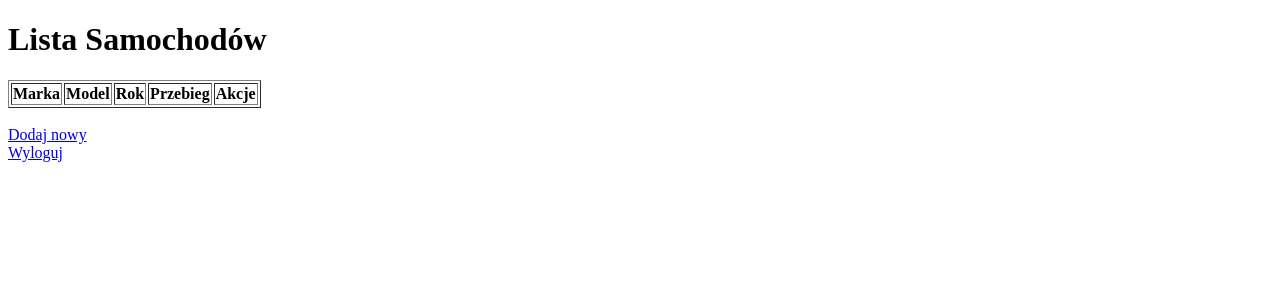
Repository: SirRabbitt/Aplikacja-crud-z-logowaniem-php-js-
Page: http://localhost/
An editor plug-in stored every save of this project. The page is shown before and after the next save, followed by the edit.
The browser window is 1280 px wide. The pictures show the whole page.
The page is run by PHP 8.4 with error messages shown; the project is at /var/www/html/. pdo.php is not in the repository; a stand-in opens the database connection. Other server files are loaded and not shown. Queries for data that is not in the repository find no rows.

Above is the page before, as saved 2024-05-21 09:14:58.

### index.php
<?php
require_once "pdo.php";
session_start();
?>
<!DOCTYPE html>
<html>
<head>
    <title>kamil król - Lista Samochodów</title>
</head>
<body>
<h1>Lista Samochodów</h1>
<?php
if ( isset($_SESSION['error']) ) {
    echo '<p style="color:red">'.$_SESSION['error']."</p>\n";
    unset($_SESSION['error']);
}
if ( isset($_SESSION['success']) ) {
    echo '<p style="color:green">'.$_SESSION['success']."</p>\n";
    unset($_SESSION['success']);
}

echo '<table border="1">'."\n";
echo "<tr><th>Marka</th><th>Model</th><th>Rok</th><th>Przebieg</th><th>Akcje</th></tr>";

$stmt = $pdo->query("SELECT autos_id, make, model, year, mileage FROM autos");
while ( $row = $stmt->fetch(PDO::FETCH_ASSOC) ) {
    echo "<tr><td>";
    echo(htmlentities($row['make']));
    echo("</td><td>");
    echo(htmlentities($row['model']));
    echo("</td><td>");
    echo(htmlentities($row['year']));
    echo("</td><td>");
    echo(htmlentities($row['mileage']));
    echo("</td><td>");
    echo('<a href="edit.php?autos_id='.$row['autos_id'].'">Edytuj</a> / ');
    echo('<a href="delete.php?autos_id='.$row['autos_id'].'">Usuń</a>');
    echo("</td></tr>\n");
}

echo "</table>\n";
?>
<br>
<a href="add.php">Dodaj nowy</a>
<br>
<a href="logout.php">Wyloguj</a>
</body>
</html>

After the next save:
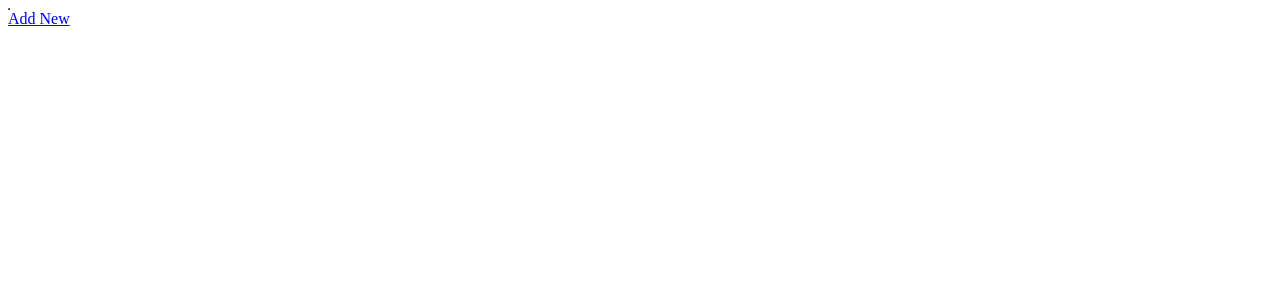
Saved 4 min 7 s later.
--- a/index.php
+++ b/index.php
@@ -2,13 +2,8 @@
 require_once "pdo.php";
 session_start();
 ?>
-<!DOCTYPE html>
 <html>
-<head>
-    <title>kamil król - Lista Samochodów</title>
-</head>
-<body>
-<h1>Lista Samochodów</h1>
+<head></head><body>
 <?php
 if ( isset($_SESSION['error']) ) {
     echo '<p style="color:red">'.$_SESSION['error']."</p>\n";
@@ -18,31 +13,20 @@
     echo '<p style="color:green">'.$_SESSION['success']."</p>\n";
     unset($_SESSION['success']);
 }
-
-echo '<table border="1">'."\n";
-echo "<tr><th>Marka</th><th>Model</th><th>Rok</th><th>Przebieg</th><th>Akcje</th></tr>";
-
-$stmt = $pdo->query("SELECT autos_id, make, model, year, mileage FROM autos");
+echo('<table border="1">'."\n");
+$stmt = $pdo->query("SELECT name, email, password, user_id FROM users");
 while ( $row = $stmt->fetch(PDO::FETCH_ASSOC) ) {
     echo "<tr><td>";
-    echo(htmlentities($row['make']));
+    echo(htmlentities($row['name']));
     echo("</td><td>");
-    echo(htmlentities($row['model']));
+    echo(htmlentities($row['email']));
     echo("</td><td>");
-    echo(htmlentities($row['year']));
+    echo(htmlentities($row['password']));
     echo("</td><td>");
-    echo(htmlentities($row['mileage']));
-    echo("</td><td>");
-    echo('<a href="edit.php?autos_id='.$row['autos_id'].'">Edytuj</a> / ');
-    echo('<a href="delete.php?autos_id='.$row['autos_id'].'">Usuń</a>');
+    echo('<a href="edit.php?user_id='.$row['user_id'].'">Edit</a> / ');
+    echo('<a href="delete.php?user_id='.$row['user_id'].'">Delete</a>');
     echo("</td></tr>\n");
 }
-
-echo "</table>\n";
 ?>
-<br>
-<a href="add.php">Dodaj nowy</a>
-<br>
-<a href="logout.php">Wyloguj</a>
-</body>
-</html>
+</table>
+<a href="add.php">Add New</a>

After the save that followed:
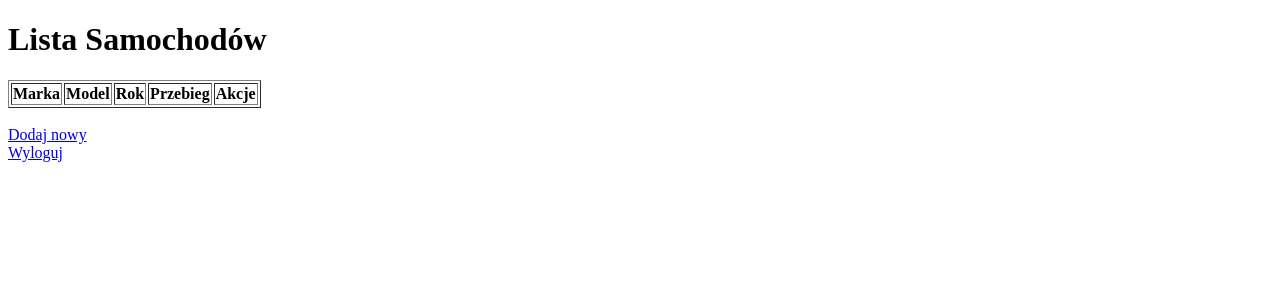
Saved 13 s later.
--- a/index.php
+++ b/index.php
@@ -2,8 +2,13 @@
 require_once "pdo.php";
 session_start();
 ?>
+<!DOCTYPE html>
 <html>
-<head></head><body>
+<head>
+    <title>Twoje Imię - Lista Samochodów</title>
+</head>
+<body>
+<h1>Lista Samochodów</h1>
 <?php
 if ( isset($_SESSION['error']) ) {
     echo '<p style="color:red">'.$_SESSION['error']."</p>\n";
@@ -13,20 +18,31 @@
     echo '<p style="color:green">'.$_SESSION['success']."</p>\n";
     unset($_SESSION['success']);
 }
-echo('<table border="1">'."\n");
-$stmt = $pdo->query("SELECT name, email, password, user_id FROM users");
+
+echo '<table border="1">'."\n";
+echo "<tr><th>Marka</th><th>Model</th><th>Rok</th><th>Przebieg</th><th>Akcje</th></tr>";
+
+$stmt = $pdo->query("SELECT autos_id, make, model, year, mileage FROM autos");
 while ( $row = $stmt->fetch(PDO::FETCH_ASSOC) ) {
     echo "<tr><td>";
-    echo(htmlentities($row['name']));
+    echo(htmlentities($row['make']));
     echo("</td><td>");
-    echo(htmlentities($row['email']));
+    echo(htmlentities($row['model']));
     echo("</td><td>");
-    echo(htmlentities($row['password']));
+    echo(htmlentities($row['year']));
     echo("</td><td>");
-    echo('<a href="edit.php?user_id='.$row['user_id'].'">Edit</a> / ');
-    echo('<a href="delete.php?user_id='.$row['user_id'].'">Delete</a>');
+    echo(htmlentities($row['mileage']));
+    echo("</td><td>");
+    echo('<a href="edit.php?autos_id='.$row['autos_id'].'">Edytuj</a> / ');
+    echo('<a href="delete.php?autos_id='.$row['autos_id'].'">Usuń</a>');
     echo("</td></tr>\n");
 }
+
+echo "</table>\n";
 ?>
-</table>
-<a href="add.php">Add New</a>
+<br>
+<a href="add.php">Dodaj nowy</a>
+<br>
+<a href="logout.php">Wyloguj</a>
+</body>
+</html>
